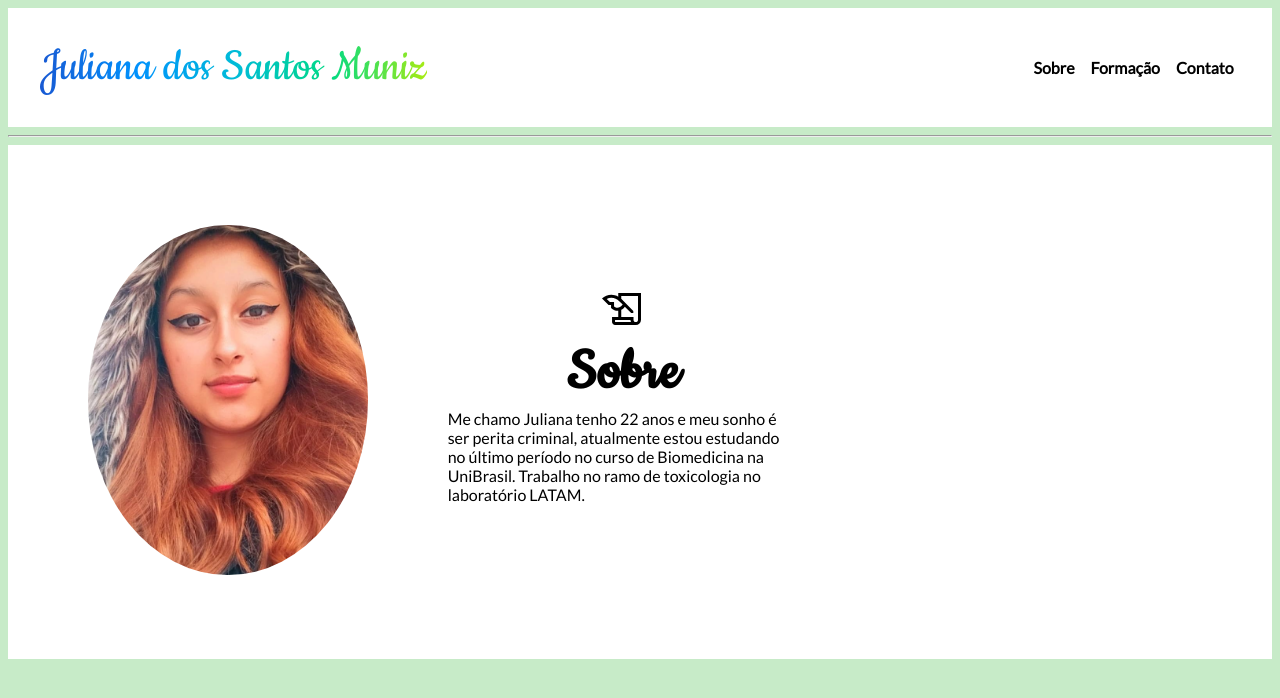
Repository: joaovnogueira/Portfolio-Juliana
Page: index.html
An editor plug-in stored every save of this project. The page is shown before and after the next save, followed by the edit.
The browser window is 1280 px wide. The pictures show the whole page.

Above is the page before, as saved 2022-06-14 16:19:39.

### index.html
<!DOCTYPE html>
<html lang="en">
<head>
    <link rel="stylesheet" href="styles.css">
    <meta charset="UTF-8">
    <meta http-equiv="X-UA-Compatible" content="IE=edge">
    <meta name="viewport" content="width=device-width, initial-scale=1.0">
    <title>Portfólio Juliana</title>
</head>
<body>
    <header>
        <nav>
            <div class="logo">Juliana dos Santos Muniz</div>
            <div class="menu">
                <a href="">Sobre</a>
                <a href="">Formação</a>
                <a href="">Contato</a>
            </div>
        </nav>
    </header>
    <hr>
    <main>
        <div class="perfil">
            <div class="foto">
                <img src="./assets/foto-perfil.png" alt="Foto de perfil" class="fotoperfil">
            </div>
            <div class="conteudo">
                <img src="./assets/sobre.svg" alt=""><h1>Sobre</h1>
                <p>Me chamo Juliana tenho 22 anos e meu sonho é ser perita criminal,
                atualmente estou estudando no último período no curso de Biomedicina na UniBrasil.
                Trabalho no ramo de toxicologia no laboratório LATAM.</p>
            </div>
        </div>
    </main>
    <footer></footer>
</body>
</html>

### styles.css
@import url('https://fonts.googleapis.com/css2?family=Cookie&display=swap');
@import url('https://fonts.googleapis.com/css2?family=Lato&display=swap');

body{
    background-color: #C7EBC8;
}

header {
    background-color: #FFFFFF;
    padding: 2rem;
    align-items: center;
}

nav{
    display: flex;
    justify-content: space-between;
    align-items: center;
}

.logo{
    font-family: 'Cookie', cursive;
    font-size: 50px;
    background-clip: text;
    -webkit-background-clip: text;
    background-image: linear-gradient(to right, #1859d3, #0091fc, #00bbd9, #00da84, #a8eb12);
    color: transparent;
}

.menu{
    font-family: 'Lato', sans-serif;
    font-weight: bold;
}

a{
    text-decoration: none;
    color: black;
    margin: .4rem;
}

hr{
    background-color: #FFFFFF;
}



.perfil {
    display: flex;
    padding: 5rem;
    align-items: center;
    background-color: #FFFFFF;

}

.foto{
    align-items: center;
    margin-right: 80px;

}

.conteudo{
    align-items: center;
    max-width: 350px;
    max-height: 100vh;
    text-align: center;
    vertical-align:middle;

}

h1{
    font-family: 'Cookie', cursive;
    font-weight: bold;
    font-size: 64px;
    vertical-align:middle;
    margin-bottom: 1px;
    margin-top: 1px;
}

p{
    margin-top: 1px;
    font-family: 'Lato', sans-serif;
    text-align: left;
}

.fotoperfil{
    border-radius: 50%;
    max-width:750px;
    max-height:350px;
    width: auto;
    height: auto;
}

.icon{
    max-width: 40px;
    max-height:40px;
}

After the next save:
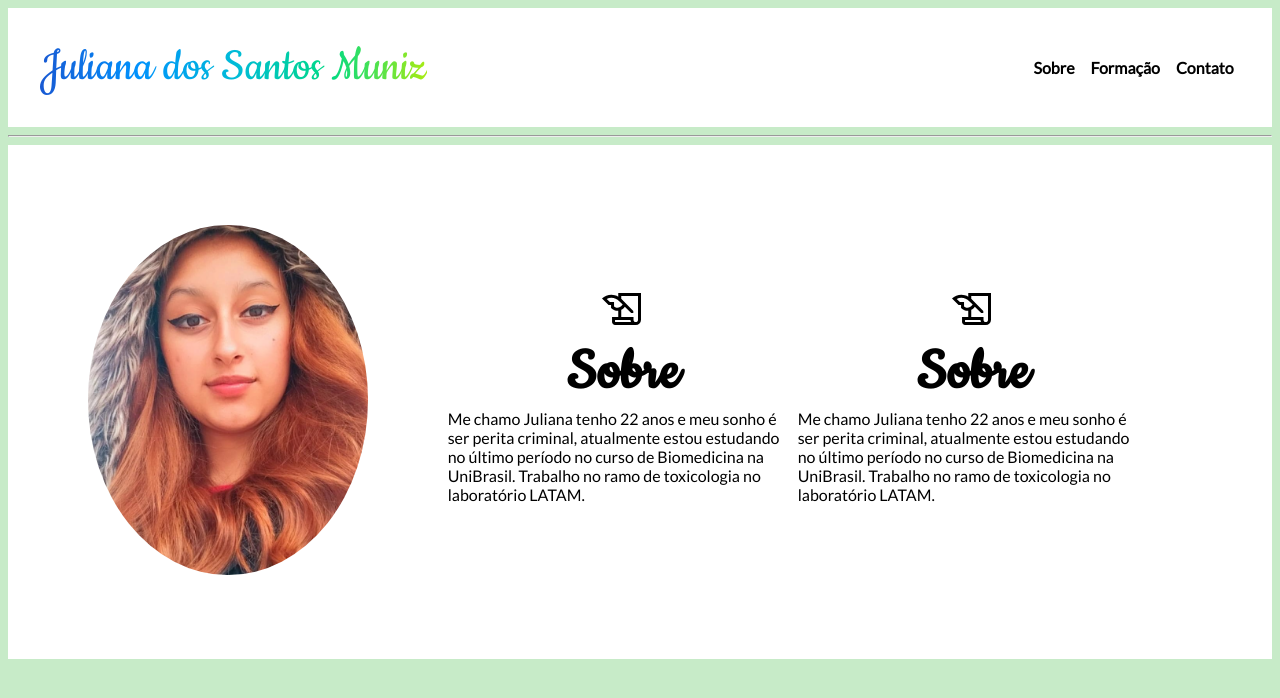
Saved 12 s later.
--- a/index.html
+++ b/index.html
@@ -30,6 +30,12 @@
                 atualmente estou estudando no último período no curso de Biomedicina na UniBrasil.
                 Trabalho no ramo de toxicologia no laboratório LATAM.</p>
             </div>
+            <div class="conteudo">
+                <img src="./assets/sobre.svg" alt=""><h1>Sobre</h1>
+                <p>Me chamo Juliana tenho 22 anos e meu sonho é ser perita criminal,
+                atualmente estou estudando no último período no curso de Biomedicina na UniBrasil.
+                Trabalho no ramo de toxicologia no laboratório LATAM.</p>
+            </div>
         </div>
     </main>
     <footer></footer>
